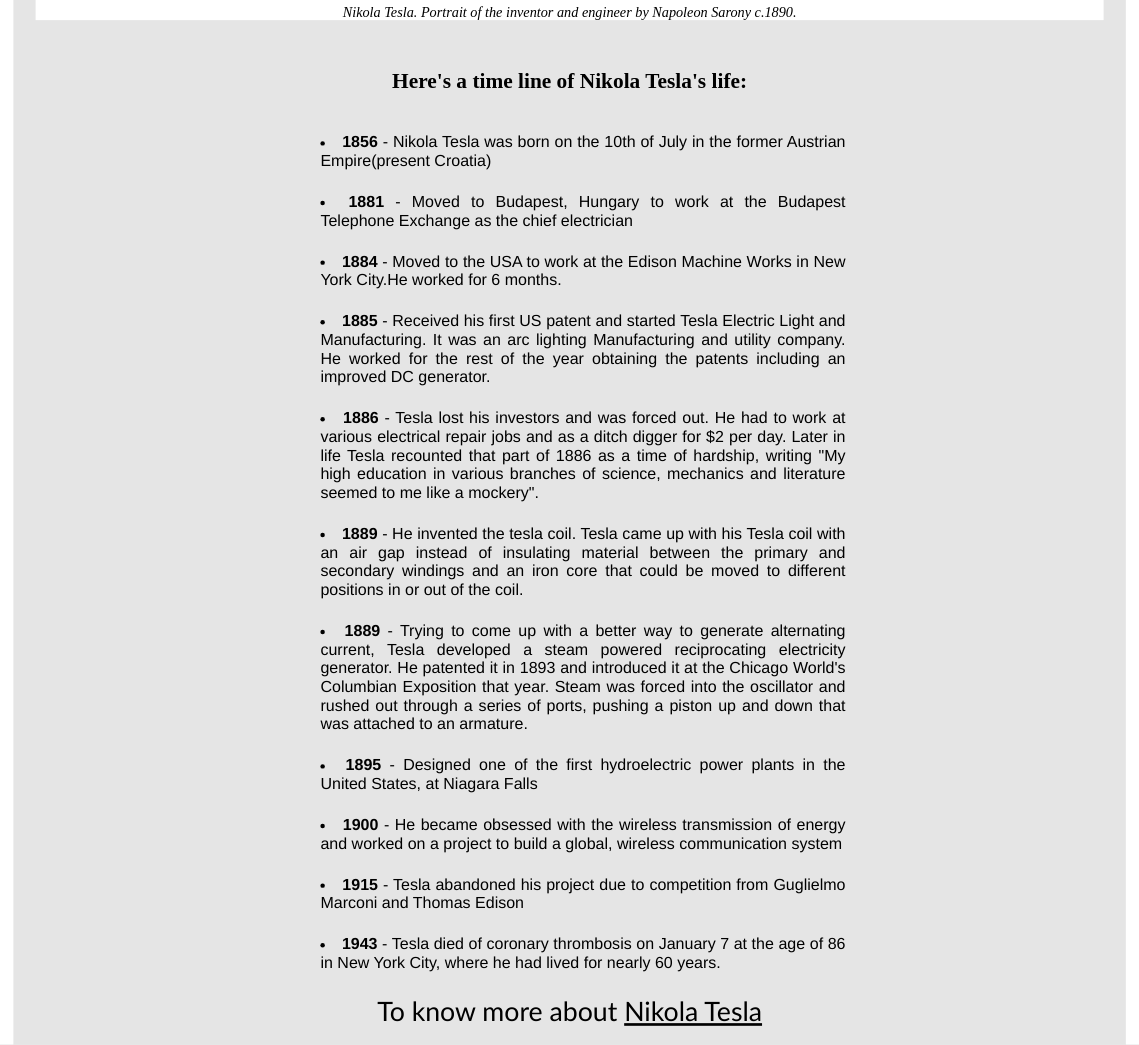
Repository: Avishka217/Tribute-Page
Page: index.html
An editor plug-in stored every save of this project. The page is shown before and after the next save, followed by the edit.
The browser window is 1280 px wide. The pictures show the part of the page from y = 576 to 1750 px (the page is 1750 px tall), at 89% of full size.
A picture or video elsewhere on the page could not be fetched, so the positions and the page height are approximate.

Above is the page before, as saved 2020-03-18 20:07:36.

After the next save:
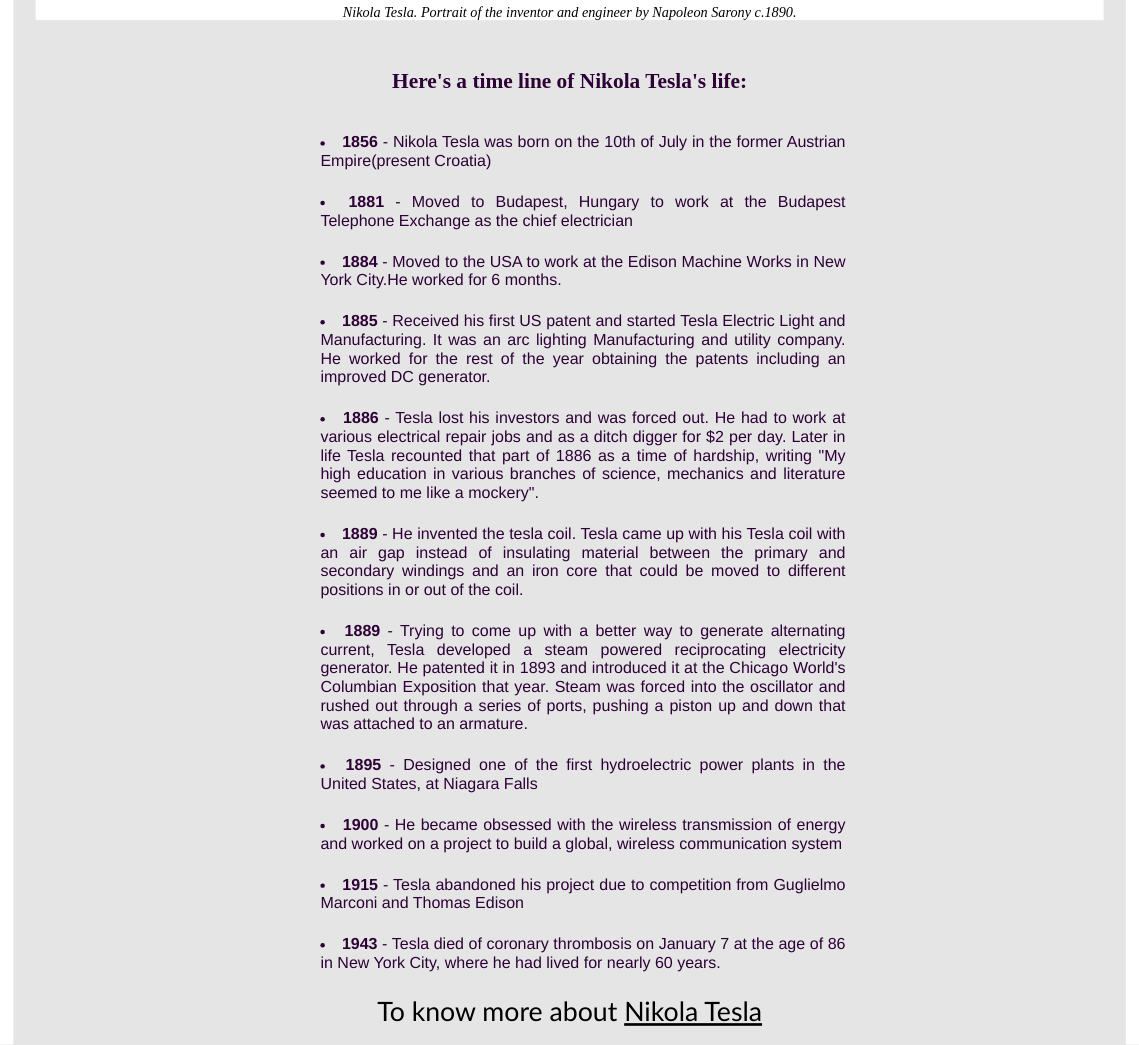
Saved 23 s later.
--- a/styles.css
+++ b/styles.css
@@ -71,7 +71,7 @@
 
 #tribute-info{
 
-  color: rgb(0, 0, 0, 2);
+  color: rgb(45, 0, 54, 2);
   display: block;
   width: 100%;
   position: relative;
